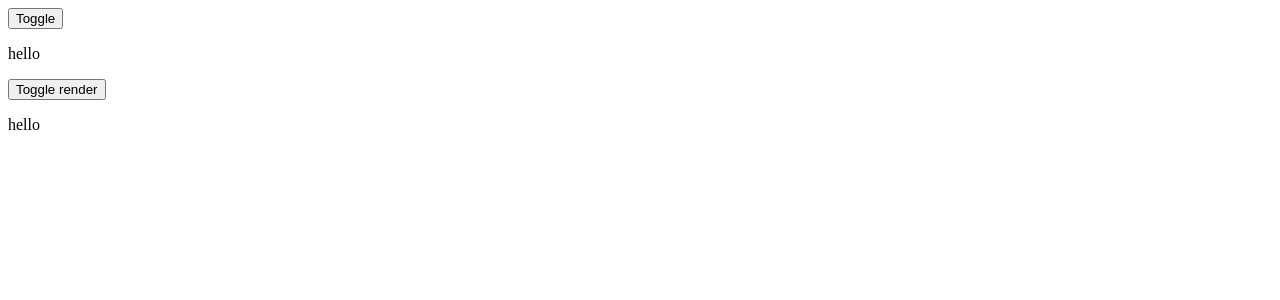
Repository: erdanergou/VueLearn
Page: vuelearn2/learn2.html
An editor plug-in stored every save of this project. The page is shown before and after the next save, followed by the edit.
The browser window is 1280 px wide. The pictures show the whole page.

Above is the page before, as saved 2022-07-21 08:54:20.

### vuelearn2/learn2.html
<!DOCTYPE html>
<html lang="en">
<head>
    <meta charset="UTF-8">
    <meta http-equiv="X-UA-Compatible" content="IE=edge">
    <meta name="viewport" content="width=device-width, initial-scale=1.0">
    <title>Learn2</title>
    <script src="js/vue.js"></script>
</head>
<body>
    <!-- 单组件/元素的过渡 -->
    <!--
        Vue 提供了 transition 的封装组件，在下列情形中，可以给任何元素和组件添加进入/离开过渡
        条件渲染 (使用 v-if)
        条件展示 (使用 v-show)
        动态组件
        组件根节点
     -->
     <!-- 如果你使用一个没有名字的 <transition>，则 v- 是这些类名的默认前缀。
        如果你使用了 <transition name="my-transition">，那么 v-enter 会替换为 my-transition-enter。 -->
     <style>
        .fade-enter-active, .fade-leave-active {
            transition: opacity .5s;
        }
        .fade-enter, .fade-leave-to /* .fade-leave-active below version 2.1.8 */ {
            opacity: 0;
        }
     </style>

     <div id="demo">
        <button v-on:click="show = !show">
            Toggle
        </button>
        <transition name="fade">
            <p v-if="show">hello</p>
        </transition>
    </div>
    <script>
        new Vue({
            el:"#demo",
            data : {
                show:true
            }
        })
    </script>
    <!--
        当插入或删除包含在 transition 组件中的元素时，Vue 将会做以下处理：
        自动嗅探目标元素是否应用了 CSS 过渡或动画，如果是，在恰当的时机添加/删除 CSS 类名。
        如果过渡组件提供了 JavaScript 钩子函数，这些钩子函数将在恰当的时机被调用。
        如果没有找到 JavaScript 钩子并且也没有检测到 CSS 过渡/动画，DOM 操作 (插入/删除) 在下一帧中立即执行。
        (注意：此指浏览器逐帧动画机制，和 Vue 的 nextTick 概念不同)


        会有 4 个(CSS)类名在 enter/leave 的过渡中切换
        v-enter：定义进入过渡的开始状态。在元素被插入之前生效，在元素被插入之后的下一帧移除。
        v-enter-active：定义进入过渡生效时的状态。在整个进入过渡的阶段中应用，在元素被插入之前生效，在过渡/动画完成之后移除。
                        这个类可以被用来定义进入过渡的过程时间，延迟和曲线函数。
        v-enter-to：2.1.8 版及以上定义进入过渡的结束状态。在元素被插入之后下一帧生效 (与此同时 v-enter 被移除)，在过渡/动画完成之后移除。
        v-leave：定义离开过渡的开始状态。在离开过渡被触发时立刻生效，下一帧被移除。
        v-leave-active：定义离开过渡生效时的状态。在整个离开过渡的阶段中应用，在离开过渡被触发时立刻生效，在过渡/动画完成之后移除。
                        这个类可以被用来定义离开过渡的过程时间，延迟和曲线函数。
        v-leave-to：2.1.8 版及以上定义离开过渡的结束状态。在离开过渡被触发之后下一帧生效 (与此同时 v-leave 被删除)，在过渡/动画完成之后移除

     -->


     <!-- css过渡 -->
     <div id="example-1">
        <button @click="show = !show">
          Toggle render
        </button>
        <transition name="slide-fade">
          <p v-if="show">hello</p>
        </transition>
      </div>

      <script>
        new Vue({
            el:"#example-1",
            data:{
                show:true
            }
        })
      </script>
</body>
</html>

Loaded but not shown: vuelearn2/js/vue.js (library)

After the next save:
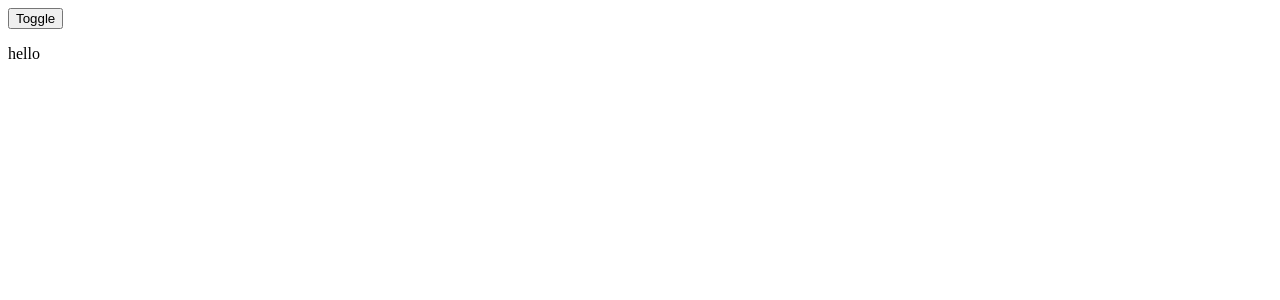
Saved 12 s later.
--- a/vuelearn2/learn2.html
+++ b/vuelearn2/learn2.html
@@ -65,6 +65,7 @@
 
 
      <!-- css过渡 -->
+     <style>
      <div id="example-1">
         <button @click="show = !show">
           Toggle render

After the 3 saves that followed:
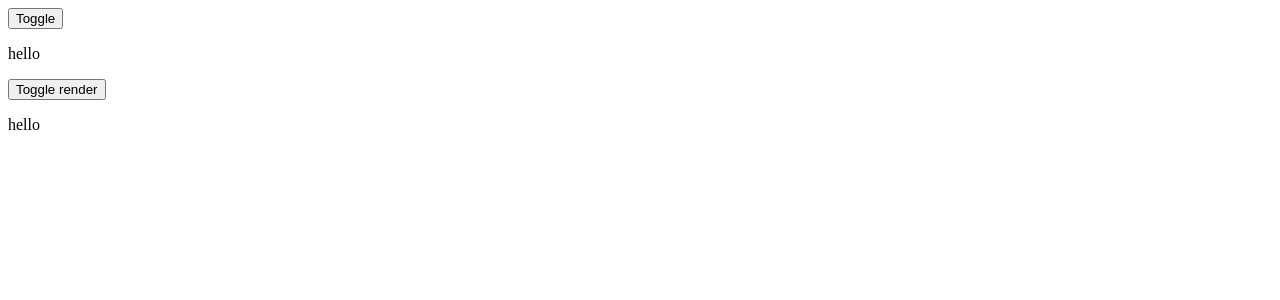
The 3 saves are shown as one change because they came seconds apart.
The last was saved 10 s later.
--- a/vuelearn2/learn2.html
+++ b/vuelearn2/learn2.html
@@ -66,6 +66,9 @@
 
      <!-- css过渡 -->
      <style>
+
+
+     </style>
      <div id="example-1">
         <button @click="show = !show">
           Toggle render
